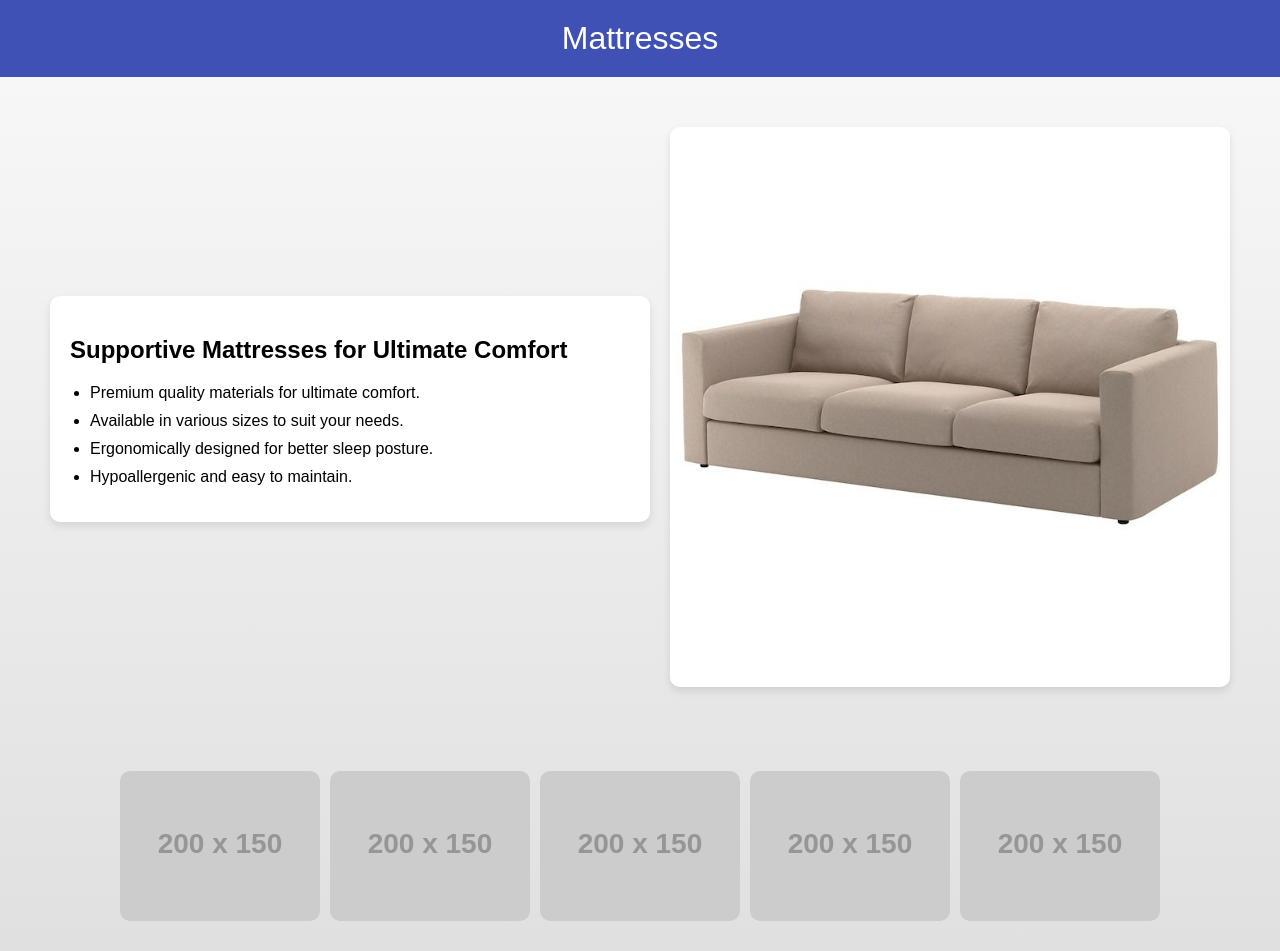
Repository: nadafgroup/rashidgadiUI
Page: src/rent.html
These files come from the project's save history. The page is drawn as it stood at one moment and after the next save; the edit follows.
The browser window is 1280 px wide. The pictures show the whole page.

Above is the page before, as saved 2025-01-23 15:45:27.

After the next save:
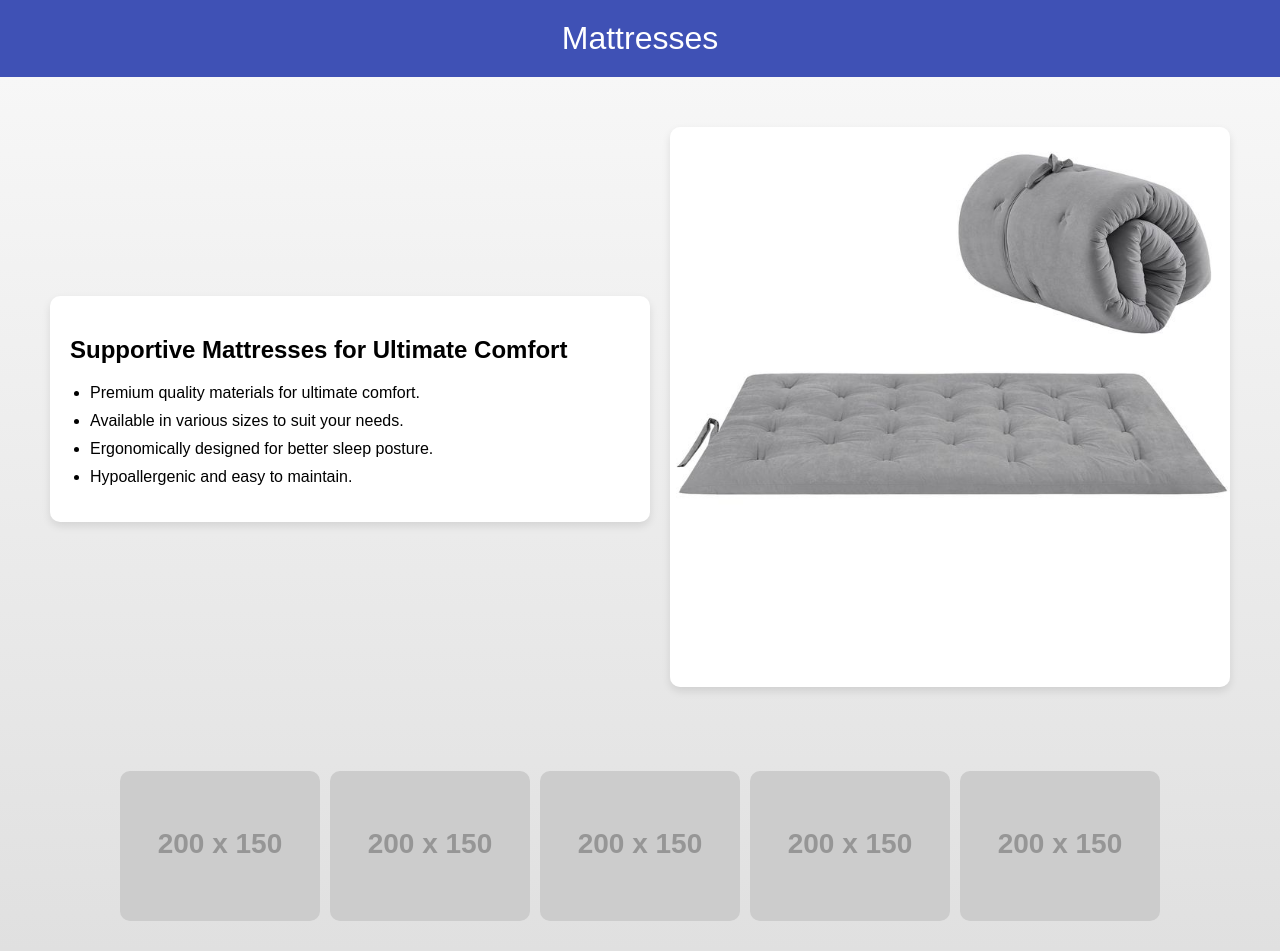
Saved 105 s later.
--- a/src/rent.html
+++ b/src/rent.html
@@ -22,7 +22,7 @@
         </div>
 
         <div class="image-container">
-            <img src="../assets/img/sofa.jpg" alt="Mattress">
+            <img src="../assets/img/rent.jpg" alt="Mattress">
         </div>
     </div>
 
